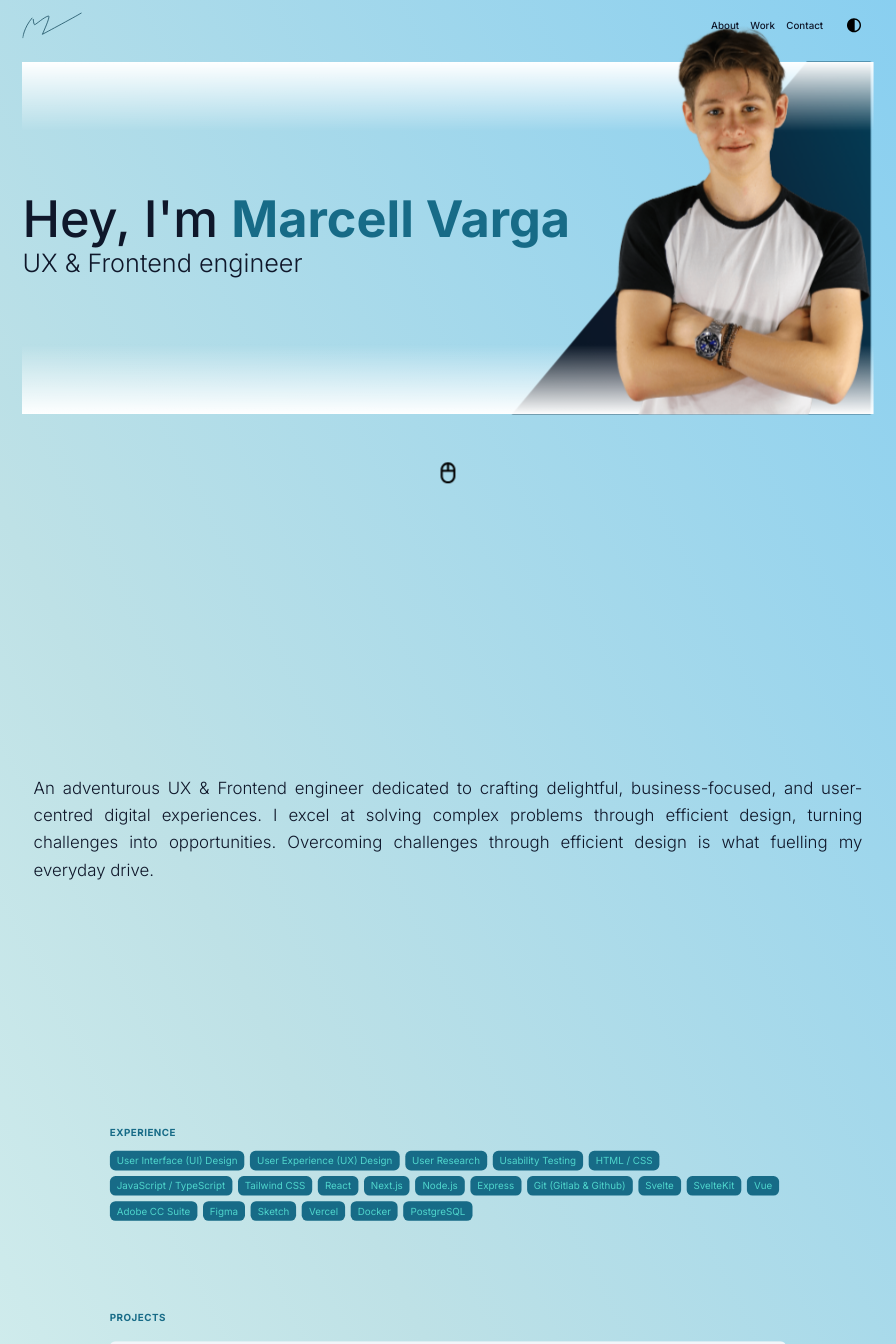
Repository: TheMarcellVarga/personal-portfolio-v.2
Page: /
The author's editor kept a copy of each file at every save. The page is drawn from the files as they stood at one save, then again after the next save.
The browser window is 1280 px wide. The pictures show the part of the page from y = 0 to 1920 px (the page is 4294 px tall), at 70% of full size.
The project was rebuilt for these pictures with package versions that can differ from the ones it lists, and the page was loaded fresh each time. The framework's server and built-in components were replaced by stand-ins that run in the browser. Also part of the build but not shown: next.config.mjs.

Above is the page before, as saved 2024-07-19 00:23:45.

### app/layout.tsx
import type { Metadata } from "next";
import { Inter } from "next/font/google";
import "./globals.css";

const inter = Inter({ subsets: ["latin"] });

export const metadata: Metadata = {
  title: {
    template: "%s | Marcell Varga",
    default: "Marcell Varga",
  },
  description: "Marcell Varga Portfolio | UX & Frontend Engineer",
};
export default function RootLayout({
  children,
}: Readonly<{
  children: React.ReactNode;
}>) {
  return (
    <html lang="en">
      <body className={inter.className}>{children}</body>
    </html>
  );
}

### app/globals.css
@tailwind base;
@tailwind components;
@tailwind utilities;

/* :root {
  --foreground-rgb: 0, 0, 0;
  --background-start-rgb: 214, 219, 220;
  --background-end-rgb: 255, 255, 255;
}

@media (prefers-color-scheme: dark) {
  :root {
    --foreground-rgb: 255, 255, 255;
    --background-start-rgb: 0, 0, 0;
    --background-end-rgb: 0, 0, 0;
  }
}

body {
  color: rgb(var(--foreground-rgb));
  background: linear-gradient(
      to bottom,
      transparent,
      rgb(var(--background-end-rgb))
    )
    rgb(var(--background-start-rgb));
}

@layer utilities {
  .text-balance {
    text-wrap: balance;
  }
} */

/* Light mode */
body {
  background-color: white;
  color: black;
}

/* Dark mode */
.dark body {
  background-color: black;
  color: white;
}

/* globals.css */
.svg-pink {
  fill: pink;
}

/* In your CSS file */
.light .dark-mode-icon {
  fill: #ffffff
}

.dark .dark-mode-icon {
  fill: #ffffff; /* Dark mode color */
}

@-webkit-keyframes animate-svg-stroke-1 {
  0% {
    stroke-dashoffset: 210.06117248535156px;
    stroke-dasharray: 210.06117248535156px;
  }

  100% {
    stroke-dashoffset: 420.1223449707031px;
    stroke-dasharray: 210.06117248535156px;
  }
}

@keyframes animate-svg-stroke-1 {
  0% {
    stroke-dashoffset: 210.06117248535156px;
    stroke-dasharray: 210.06117248535156px;
  }

  100% {
    stroke-dashoffset: 420.1223449707031px;
    stroke-dasharray: 210.06117248535156px;
  }
}

.svg-elem-1 {
  -webkit-animation: animate-svg-stroke-1 1s ease-in-out 1s both;
  animation: animate-svg-stroke-1 1s ease-in-out 1s both;
}

@-webkit-keyframes animate-svg-stroke-2 {
  0% {
    stroke-dashoffset: 798.271240234375px;
    stroke-dasharray: 798.271240234375px;
  }

  100% {
    stroke-dashoffset: 1596.54248046875px;
    stroke-dasharray: 798.271240234375px;
  }
}

@keyframes animate-svg-stroke-2 {
  0% {
    stroke-dashoffset: 798.271240234375px;
    stroke-dasharray: 798.271240234375px;
  }

  100% {
    stroke-dashoffset: 1596.54248046875px;
    stroke-dasharray: 798.271240234375px;
  }
}

.svg-elem-2 {
  -webkit-animation: animate-svg-stroke-2 1s ease-in-out 1.12s both;
  animation: animate-svg-stroke-2 1s ease-in-out 1.12s both;
}

@-webkit-keyframes animate-svg-stroke-3 {
  0% {
    stroke-dashoffset: 2px;
    stroke-dasharray: 2px;
  }

  100% {
    stroke-dashoffset: 4px;
    stroke-dasharray: 2px;
  }
}

@keyframes animate-svg-stroke-3 {
  0% {
    stroke-dashoffset: 2px;
    stroke-dasharray: 2px;
  }

  100% {
    stroke-dashoffset: 4px;
    stroke-dasharray: 2px;
  }
}

.svg-elem-3 {
  -webkit-animation: animate-svg-stroke-3 1s ease-in-out 1.24s both;
  animation: animate-svg-stroke-3 1s ease-in-out 1.24s both;
}

/* CSS for the overlay */
.nav-overlay {
  position: fixed;
  top: 0;
  right: 0;
  width: 80%; /* Adjust the width as needed */
  height: 100%;
  background-color: rgba(23, 107, 135, 1); /* Semi-transparent background */
  transform: translateX(100%); /* Hidden off-screen to the right */
  transition: transform 0.3s ease-out; /* Smooth transition */
  display: flex;
  flex-direction: column;
  justify-content: space-between; /* Pushes the button to the bottom */
  align-items: center;
  padding: 2rem;
  z-index: 2;
 }

 .nav-overlay.open {
  transform: translateX(0); /* Slide in from the right */
 }

/* Hamburger menu with increased z-index when open */
.md\:hidden {
  cursor: pointer;
  z-index: 2; /* Default z-index */
}

.md\:hidden.open {
  z-index: 5; /* Increased z-index when open */
}

/* Hamburger menu lines */
.md\:hidden > div {
  transition: all 0.3s ease;
}

/* Top line of the hamburger menu */
.md\:hidden > div:nth-child(1) {
  transform-origin: center;
}

/* Middle line of the hamburger menu */
.md\:hidden > div:nth-child(2) {
  transform-origin: center;
}

/* Bottom line of the hamburger menu */
.md\:hidden > div:nth-child(3) {
  transform-origin: center;
}

/* Animation for the hamburger menu to become a cross */
.md\:hidden.open > div:nth-child(1) {
  transform: translateY(6px) rotate(45deg);
}

.md\:hidden.open > div:nth-child(2) {
  opacity: 0;
  transition: none !important; /* Ensures no transition */
}

.md\:hidden.open > div:nth-child(3) {
  transform: translateY(-6px) rotate(-45deg);
}

/* Hamburger menu with increased z-index when open */
.md\:hidden {
  cursor: pointer;
  z-index: 2; /* Default z-index */
}

.md\:hidden.open {
  z-index: 5; /* Increased z-index when open */
}

/* CSS for the close button */
.close-btn {
  position: absolute;
  top: 1rem;
  right: 1rem;
  background: none;
  border: none;
  font-size: 1.5rem;
  color: #fff;
  cursor: pointer;
}

/* globals.css */
.sticky-header {
  position: sticky;
  top: 0;
  z-index: 1000; /* Ensure the header stays on top of other content */
  overflow: visible;
}

.pink-svg {
  filter: hue-rotate(300deg); /* Adjust the degree value as needed */
}

@keyframes moveDown {
  0% {
    transform: translateY(0);
  }
  100% {
    transform: translateY(15px); /* Adjust the value as needed */
  }
}

.animate-moveDown {
  animation: moveDown 2s infinite alternate ease-in-out; /* Adjust the duration as needed */
}

.globe-container {
  display: flex;
  justify-content: center;
  align-items: center;
  width: 100%;
  height: 500px; /* Adjust based on your desired height */
}

.triangle-bg-svg {
  position: absolute;
  top: 0; /* Keeps it at the top */
  left: auto;
  right: 0;
  width: 55%; /* Adjust based on your needs */
  height: 100%; /* Adjust based on your needs */
  z-index: 1;
}



.dark-mode .triangle-bg-svg path:first-child {
  fill: #001822;
}

.light-mode .triangle-bg-svg path:first-child {
  fill: #F8F8F8;
}

.main-container::before,
.main-container::after {
  content: '';
  position: absolute;
  width: 100%;
  height: 100px; /* Adjust based on your design */
  z-index: 10; /* Ensure it's above other content but below the profile image */
}

.main-container::before {
  top: 0;
  background-image: linear-gradient(to bottom, rgba(255, 255, 255, 1), transparent); /* Fades to transparent */
}

.main-container::after {
  bottom: 0;
  background-image: linear-gradient(to top, rgba(255, 255, 255, 1), transparent); /* Fades to transparent */
}

### public/icons/openResume.tsx
import React from "react";

interface IconProps {
  isDarkMode: boolean;
  isHover: boolean;
}

const DarkModeIcon: React.FC<IconProps> = ({ isDarkMode, isHover }) => {
  return (
    <svg
      xmlns="http://www.w3.org/2000/svg"
      width="14"
      height="14"
      viewBox="0 0 512 512"
    >
      <path
        fill={
          isHover && isDarkMode
            ? "#4FD5CC"
            : isHover
            ? "#176B87"
            : isDarkMode
            ? "white"
            : "black"
        }
        d="M320 0c-17.7 0-32 14.3-32 32s14.3 32 32 32h82.7L201.4 265.4c-12.5 12.5-12.5 32.8 0 45.3s32.8 12.5 45.3 0L448 109.3V192c0 17.7 14.3 32 32 32s32-14.3 32-32V32c0-17.7-14.3-32-32-32H320zM80 32C35.8 32 0 67.8 0 112V432c0 44.2 35.8 80 80 80H400c44.2 0 80-35.8 80-80V320c0-17.7-14.3-32-32-32s-32 14.3-32 32V432c0 8.8-7.2 16-16 16H80c-8.8 0-16-7.2-16-16V112c0-8.8 7.2-16 16-16H192c17.7 0 32-14.3 32-32s-14.3-32-32-32H80z"
      />
    </svg>
  );
};

export default DarkModeIcon;

### public/icons/mouseScroll.tsx
import React from "react";

interface IconProps {
  isDarkMode: boolean;
  isOpen: boolean;
}

const MouseScrollIcon: React.FC<IconProps> = ({ isDarkMode, isOpen }) => {
  return (
    <svg
      className="animate-moveDown"
      width="36"
      height="36"
      viewBox="0 0 36 36"
      fill="none"
      xmlns="http://www.w3.org/2000/svg"
    >
      <path
        d="M18 32.9999C15.1 32.9999 12.625 31.9749 10.575 29.9249C8.525 27.8749 7.5 25.3999 7.5 22.4999V13.4999C7.5 10.5999 8.525 8.12494 10.575 6.07494C12.625 4.02494 15.1 2.99994 18 2.99994C20.9 2.99994 23.375 4.02494 25.425 6.07494C27.475 8.12494 28.5 10.5999 28.5 13.4999V22.4999C28.5 25.3999 27.475 27.8749 25.425 29.9249C23.375 31.9749 20.9 32.9999 18 32.9999ZM19.5 13.4999H25.5C25.5 11.6999 24.9313 10.1124 23.7938 8.73744C22.6563 7.36244 21.225 6.49994 19.5 6.14994V13.4999ZM10.5 13.4999H16.5V6.14994C14.775 6.49994 13.3438 7.36244 12.2063 8.73744C11.0688 10.1124 10.5 11.6999 10.5 13.4999ZM18 29.9999C20.075 29.9999 21.8438 29.2687 23.3063 27.8062C24.7688 26.3437 25.5 24.5749 25.5 22.4999V16.4999H10.5V22.4999C10.5 24.5749 11.2313 26.3437 12.6938 27.8062C14.1563 29.2687 15.925 29.9999 18 29.9999Z"
        fill={isOpen ? "white" : isDarkMode ? "white" : "black"}
      />
    </svg>
  );
};

export default MouseScrollIcon;

### app/useWindowSize.tsx
import { useState, useEffect } from "react";

const useWindowSize = () => {
  const [windowSize, setWindowSize] = useState({
    width: undefined as number | undefined,
    height: undefined as number | undefined,
  });

  useEffect(() => {
    // Check if window object is available
    if (typeof window!== "undefined") {
      const handleResize = () => {
        setWindowSize({
          width: window.innerWidth * 0.6,
          height: window.innerHeight * 0.6,
        });
      };

      window.addEventListener("resize", handleResize);
      handleResize();

      return () => window.removeEventListener("resize", handleResize);
    }
  }, []);

  return windowSize;
};

export default useWindowSize;

### app/footer.tsx
"use client";

import GitHubIcon from "@/public/icons/github";
import LinkedInIcon from "@/public/icons/linkedin";
import Link from "next/link";

interface FooterProps {
  isDarkMode: boolean;
  setIsDarkMode: (isDarkMode: boolean) => void;
  isOpen: boolean;
  setIsOpen: (isOpen: boolean) => void;
}

const Footer: React.FC<FooterProps> = ({ isDarkMode, isOpen }) => {
  return (
    <div className="flex w-full flex-row justify-between items-center px-4">
      <div className="flex w-full opacity-50 text-sm">© 2024 Marcell Varga</div>
      <div className="flex space-x-4">
        <Link href="https://www.linkedin.com/in/marcellvarga/">
          {/* <Image
            src="/icons/linkedin.svg"
            alt="Linkedin Icon"
            width={24}
            height={24}
          /> */}
          <LinkedInIcon isDarkMode={isDarkMode} isOpen={isOpen} />
        </Link>
        <Link href="https://github.com/TheMarcellVarga">
          {/* <Image
            src="/icons/github.svg"
            alt="GitHub Icon"
            width={24}
            height={24}
          /> */}
          <GitHubIcon isDarkMode={isDarkMode} isOpen={isOpen} />
        </Link>
      </div>
    </div>
  );
};

export default Footer;

### public/icons/darkMode.tsx
import React from "react";

interface IconProps {
  isDarkMode: boolean;
  isOpen: boolean;
}

const DarkModeIcon: React.FC<IconProps> = ({ isDarkMode, isOpen }) => {
  return (
    <svg
      xmlns="http://www.w3.org/2000/svg"
      height="24px"
      viewBox="0 -960 960 960"
      width="24px"
      fill="none"
    >
      <path
        fill={isOpen ? "white" : isDarkMode ? "white" : "black"}
        d="M480-80q-83 0-156-31.5T197-197q-54-54-85.5-127T80-480q0-83 31.5-156T197-763q54-54 127-85.5T480-880q83 0 156 31.5T763-763q54 54 85.5 127T880-480q0 83-31.5 156T763-197q-54 54-127 85.5T480-80Zm40-83q119-15 199.5-104.5T800-480q0-123-80.5-212.5T520-797v634Z"
      />
    </svg>
  );
};

export default DarkModeIcon;

### public/icons/indexSigAnimated.tsx
import React from "react";

interface IconProps {
  isDarkMode: boolean;
  isOpen: boolean;
}

const IndexSigAnimatedIcon: React.FC<IconProps> = ({ isDarkMode, isOpen }) => {
  return (
    <svg
      className="svg-elem-1"
      width="85"
      height="37"
      viewBox="0 0 85 37"
      fill="none"
      xmlns="http://www.w3.org/2000/svg"
    >
      <g clipPath="url(#clip0_18_152)">
        <path
          stroke={isOpen ? "#053B50" : isDarkMode ? "white" : "#053B50"}
          strokeLinecap="round"
          strokeLinejoin="round"
          d="M0.396973 36.3291C0.396973 36.3291 1.80464 21.811 13.6633 7.89246"
        />
        <path
          stroke={isOpen ? "#053B50" : isDarkMode ? "white" : "#053B50"}
          strokeLinecap="round"
          strokeLinejoin="round"
          d="M84.6029 0.378418C83.4907 1.72562 28.5188 31.0478 28.5188 31.0478C34.2765 18.2493 39.5275 5.38881 37.4414 4.87415C37.3274 4.8523 37.2096 4.85749 37.0982 4.88928C31.574 6.017 19.8186 16.4677 17.715 17.2805C17.665 17.3015 17.6107 17.3113 17.5561 17.3093C16.4821 17.2881 15.8514 13.5856 15.4907 9.68776"
        />
      </g>
      <defs>
        <clipPath id="clip0_18_152">
          <rect width="85" height="36.7076" fill="white" />
        </clipPath>
      </defs>
    </svg>
  );
};

export default IndexSigAnimatedIcon;

### public/icons/github.tsx
import React from "react";

interface IconProps {
  isDarkMode: boolean;
  isOpen: boolean;
}

const GitHubIcon: React.FC<IconProps> = ({ isDarkMode, isOpen }) => {
  return (
    <svg
      width="24"
      height="24"
      viewBox="0 0 24 24"
      fill="none"
      xmlns="http://www.w3.org/2000/svg"
    >
      <g clip-path="url(#clip0_21_650)">
        <path
          d="M8.52656 18.6281C8.52656 18.7219 8.41875 18.7969 8.28281 18.7969C8.12812 18.8109 8.02031 18.7359 8.02031 18.6281C8.02031 18.5344 8.12813 18.4594 8.26406 18.4594C8.40469 18.4453 8.52656 18.5203 8.52656 18.6281ZM7.06875 18.4172C7.03594 18.5109 7.12969 18.6187 7.27031 18.6469C7.39219 18.6937 7.53281 18.6469 7.56094 18.5531C7.58906 18.4594 7.5 18.3516 7.35938 18.3094C7.2375 18.2766 7.10156 18.3234 7.06875 18.4172ZM9.14062 18.3375C9.00469 18.3703 8.91094 18.4594 8.925 18.5672C8.93906 18.6609 9.06094 18.7219 9.20156 18.6891C9.3375 18.6562 9.43125 18.5672 9.41719 18.4734C9.40312 18.3844 9.27656 18.3234 9.14062 18.3375ZM12.225 0.375C5.72344 0.375 0.75 5.31094 0.75 11.8125C0.75 17.0109 4.02188 21.4594 8.69531 23.025C9.29531 23.1328 9.50625 22.7625 9.50625 22.4578C9.50625 22.1672 9.49219 20.5641 9.49219 19.5797C9.49219 19.5797 6.21094 20.2828 5.52188 18.1828C5.52188 18.1828 4.9875 16.8187 4.21875 16.4672C4.21875 16.4672 3.14531 15.7312 4.29375 15.7453C4.29375 15.7453 5.46094 15.8391 6.10312 16.9547C7.12969 18.7641 8.85 18.2437 9.52031 17.9344C9.62813 17.1844 9.93281 16.6641 10.2703 16.3547C7.65 16.0641 5.00625 15.6844 5.00625 11.175C5.00625 9.88594 5.3625 9.23906 6.1125 8.41406C5.99062 8.10938 5.59219 6.85312 6.23438 5.23125C7.21406 4.92656 9.46875 6.49688 9.46875 6.49688C10.4062 6.23438 11.4141 6.09844 12.4125 6.09844C13.4109 6.09844 14.4188 6.23438 15.3563 6.49688C15.3563 6.49688 17.6109 4.92188 18.5906 5.23125C19.2328 6.85781 18.8344 8.10938 18.7125 8.41406C19.4625 9.24375 19.9219 9.89062 19.9219 11.175C19.9219 15.6984 17.1609 16.0594 14.5406 16.3547C14.9719 16.725 15.3375 17.4281 15.3375 18.5297C15.3375 20.1094 15.3234 22.0641 15.3234 22.4484C15.3234 22.7531 15.5391 23.1234 16.1344 23.0156C20.8219 21.4594 24 17.0109 24 11.8125C24 5.31094 18.7266 0.375 12.225 0.375ZM5.30625 16.5422C5.24531 16.5891 5.25938 16.6969 5.33906 16.7859C5.41406 16.8609 5.52187 16.8938 5.58281 16.8328C5.64375 16.7859 5.62969 16.6781 5.55 16.5891C5.475 16.5141 5.36719 16.4812 5.30625 16.5422ZM4.8 16.1625C4.76719 16.2234 4.81406 16.2984 4.90781 16.3453C4.98281 16.3922 5.07656 16.3781 5.10938 16.3125C5.14219 16.2516 5.09531 16.1766 5.00156 16.1297C4.90781 16.1016 4.83281 16.1156 4.8 16.1625ZM6.31875 17.8312C6.24375 17.8922 6.27187 18.0328 6.37969 18.1219C6.4875 18.2297 6.62344 18.2437 6.68437 18.1688C6.74531 18.1078 6.71719 17.9672 6.62344 17.8781C6.52031 17.7703 6.37969 17.7563 6.31875 17.8312ZM5.78438 17.1422C5.70937 17.1891 5.70937 17.3109 5.78438 17.4188C5.85938 17.5266 5.98594 17.5734 6.04688 17.5266C6.12187 17.4656 6.12187 17.3438 6.04688 17.2359C5.98125 17.1281 5.85938 17.0813 5.78438 17.1422Z"
          fill={isOpen ? "white" : isDarkMode ? "white" : "black"}
        />
      </g>
      <defs>
        <clipPath id="clip0_21_650">
          <rect
            width="23.25"
            height="24"
            fill={isOpen ? "white" : isDarkMode ? "white" : "black"}
            transform="translate(0.75)"
          />
        </clipPath>
      </defs>
    </svg>
  );
};

export default GitHubIcon;

### public/icons/linkedin.tsx
import React from "react";

interface LinkedInIconProps {
  isDarkMode: boolean;
  isOpen: boolean;
}

const LinkedInIcon: React.FC<LinkedInIconProps> = ({ isDarkMode, isOpen }) => {
  return (
    <svg
      width="22"
      height="22"
      viewBox="0 0 22 22"
      fill="none"
      xmlns="http://www.w3.org/2000/svg"
    >
      <path
        d="M20.25 0.5H2.24531C1.42031 0.5 0.75 1.17969 0.75 2.01406V19.9859C0.75 20.8203 1.42031 21.5 2.24531 21.5H20.25C21.075 21.5 21.75 20.8203 21.75 19.9859V2.01406C21.75 1.17969 21.075 0.5 20.25 0.5ZM7.09687 18.5H3.98438V8.47812H7.10156V18.5H7.09687ZM5.54062 7.10938C4.54219 7.10938 3.73594 6.29844 3.73594 5.30469C3.73594 4.31094 4.54219 3.5 5.54062 3.5C6.53437 3.5 7.34531 4.31094 7.34531 5.30469C7.34531 6.30312 6.53906 7.10938 5.54062 7.10938ZM18.7641 18.5H15.6516V13.625C15.6516 12.4625 15.6281 10.9672 14.0344 10.9672C12.4125 10.9672 12.1641 12.2328 12.1641 13.5406V18.5H9.05156V8.47812H12.0375V9.84687H12.0797C12.4969 9.05937 13.5141 8.22969 15.0281 8.22969C18.1781 8.22969 18.7641 10.3062 18.7641 13.0062V18.5Z"
        fill={isOpen ? "white" : isDarkMode ? "white" : "black"}
      />
    </svg>
  );
};

export default LinkedInIcon;

### tailwind.config.ts
import type { Config } from "tailwindcss";

const config: Config = {
  content: [
    "./pages/**/*.{js,ts,jsx,tsx,mdx}",
    "./components/**/*.{js,ts,jsx,tsx,mdx}",
    "./app/**/*.{js,ts,jsx,tsx,mdx}",
  ],
  theme: {
    extend: {
      backgroundImage: {
        'gradient-dark': 'linear-gradient(243deg, #02425C 0%, #0F172A 47.5%, #001822 100%)',
        'gradient-light': 'linear-gradient(243deg, #89CFF0 0%, #BEE1E6 47.5%, #F0FFF7 100%)', // Light gradient added here
      },
      backdropBlur: {
        'blur': 'blur(10px)',
      },
      backgroundColor: {
        "custom-light": "#D9D9D9",
      },
      colors: {
        "custom-blue": "#176B87",
        "custom-teal": "#4FD5CC",
      },
    },
  },
  variants: {
    extend: {},
  },
  darkMode: "class", // Ensure dark mode is enabled
  plugins: [],
};

export default config;

Loaded but not shown: app/page.tsx (566 lines, source omitted); app/header.tsx (209 lines, source omitted)

After the next save:
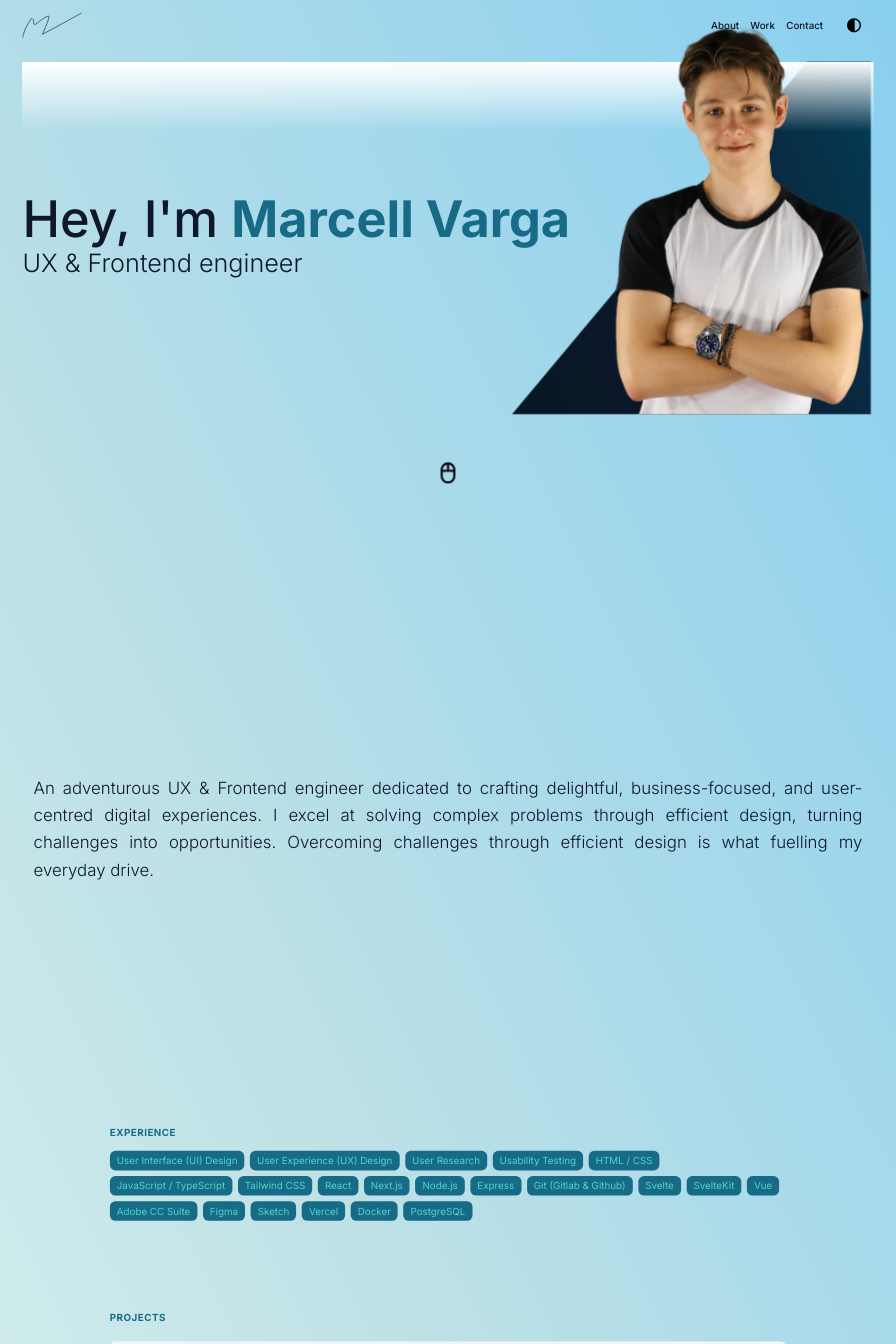
Saved 6 s later.
--- a/app/globals.css
+++ b/app/globals.css
@@ -302,5 +302,5 @@ body {
 
 .main-container::after {
   bottom: 0;
-  background-image: linear-gradient(to top, rgba(255, 255, 255, 1), transparent); /* Fades to transparent */
-}
+  background-image: linear-gradient(to top, rgba(255, 255, 255, 0), transparent); /* Fades to transparent */
+}
